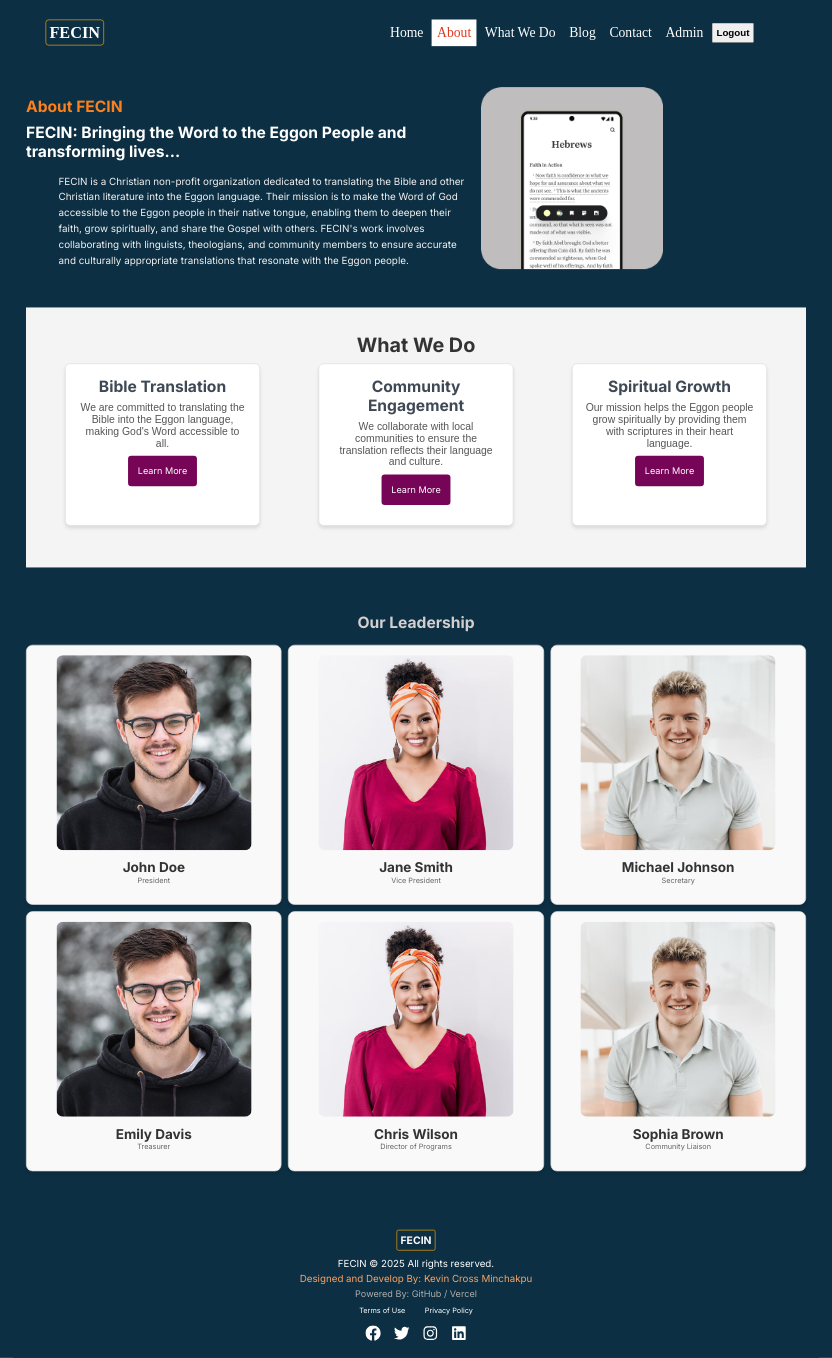
Repository: KCMinchakpu/fecin-projectgs497
Page: /about
These files come from the project's save history. The page is drawn as it stood at one moment and after the next save; the edit follows.
The browser window is 1280 px wide. The pictures show the whole page, at 65% of full size.
The project was rebuilt for these pictures with package versions that can differ from the ones it lists, and the page was loaded fresh each time. The framework's server and built-in components were replaced by stand-ins that run in the browser. Also part of the build but not shown: next.config.mjs.

Above is the page before, as saved 2025-04-02 19:16:02.

### src/app/layout.js
import {Inter} from "next/font/google";
import "./globals.css";
import Navbar from "@/components/navbar/Navbar";
import Footer from "@/components/footer/Footer";

const inter = Inter({ subsets: ["latin"]});

export const metadata = {
  title: "FECIN Bible Translation Project",
  description: "This is the official FECIN Bible Translation Project",
};

export default function RootLayout({ children }) {
  return (
    <html lang="en">
      <body className={inter.className}>
        <div className="container">
        <Navbar />
        {children}
        <Footer />
        </div>
      </body>
    </html>
  );
}

### src/app/about/page.jsx
import React from 'react';
import Image from 'next/image';
import Link from 'next/link';
import styles from './about.module.css';

const AboutPage = () => {
  return (
    <div className={styles.container}>
      {/* About Section */}
      <div className={styles.aboutSection}>
        <div className={styles.textContainer}>
          <h2 className={styles.subtitle}>About FECIN</h2>
          <h1 className={styles.title}>
            FECIN: Bringing the Word to the Eggon People and transforming lives...
          </h1>
          <p className={styles.desc}>
            FECIN is a Christian non-profit organization dedicated to translating the Bible
            and other Christian literature into the Eggon language. Their mission is to make the
            Word of God accessible to the Eggon people in their native tongue, enabling them to
            deepen their faith, grow spiritually, and share the Gospel with others. FECIN's work
            involves collaborating with linguists, theologians, and community members to ensure
            accurate and culturally appropriate translations that resonate with the Eggon people.
          </p>
        </div>
        <div className={styles.imgContainer}>
          <Image
            src="/bible-app-2.png"
            alt="About Image"
            width={480}
            height={480}
            className={styles.img}
          />
        </div>
      </div>

      {/* Features Section */}
      <div className={styles.featuresContainer}>
        <h2 className={styles.featuresTitle}>What We Do</h2>
        <div className={styles.featuresList}>
          <div className={styles.featureCard}>
            <h3 className={styles.featureTitle}>Bible Translation</h3>
            <p className={styles.featureDesc}>
              We are committed to translating the Bible into the Eggon language, making God's Word accessible to all.
            </p>
            <Link href="/bible-translation" className={styles.learnMoreButton}>Learn More</Link>
          </div>
          <div className={styles.featureCard}>
            <h3 className={styles.featureTitle}>Community Engagement</h3>
            <p className={styles.featureDesc}>
              We collaborate with local communities to ensure the translation reflects their language and culture.
            </p>
            <Link href="/community-engagement" className={styles.learnMoreButton}>Learn More</Link>
          </div>
          <div className={styles.featureCard}>
            <h3 className={styles.featureTitle}>Spiritual Growth</h3>
            <p className={styles.featureDesc}>
              Our mission helps the Eggon people grow spiritually by providing them with scriptures in their heart language.
            </p>
            <Link href="/spiritual-growth" className={styles.learnMoreButton}>Learn More</Link>

          </div>
        </div>
      </div>

      {/* Leadership Section */}
      <div className={styles.leadershipSection}>
        <h2 className={styles.leadershipTitle}>Our Leadership</h2>
        <div className={styles.leadershipGrid}>
          {/* Leader Cards */}
          {[
            { name: 'John Doe', position: 'President', image: '/team-1.jpg' },
            { name: 'Jane Smith', position: 'Vice President', image: '/team-2.jpg' },
            { name: 'Michael Johnson', position: 'Secretary', image: '/team-3.jpg' },
            { name: 'Emily Davis', position: 'Treasurer', image: '/team-1.jpg' },
            { name: 'Chris Wilson', position: 'Director of Programs', image: '/team-2.jpg' },
            { name: 'Sophia Brown', position: 'Community Liaison', image: '/team-3.jpg' },
          ].map((leader, index) => (
            <div key={index} className={styles.leaderCard}>
              <Image src={leader.image} alt={leader.name} width={150} height={150} className={styles.leaderImage} />
              <h3 className={styles.leaderName}>{leader.name}</h3>
              <p className={styles.leaderPosition}>{leader.position}</p>
            </div>
          ))}
        </div>
      </div>
    </div>
  );
};

export default AboutPage;

### src/app/globals.css
:root {
    --bg: #0c2f43;
    --text: white;
    --bgSoft: #091f2c;
    --textSoft: rgb(237, 232, 232);
    --btn: #de3c21;
    --bgWhite: white;
    --textGray: #444444;
}

/* Box sizing rules */
* {
    box-sizing: border-box;
    margin:0;
    padding: 0;
  }

/* Set core body defaults */
body {
    background-color: var(--bgWhite);
    color: var(--text);
  }

a {
    color: inherit;
    text-decoration: none;
}

.container {
  background-color: var(--bg);
  width: 100%; /* Default for small screens */
  margin: auto;
  padding-left: 20px;
  padding-right: 20px;
  min-height: 120vh;
  display: flex;
  flex-direction: column;
  justify-content: space-between;
}

### src/components/navbar/Navbar.jsx
import React from 'react';
import Link from 'next/link';
import Links from "./links/Links";
import styles from "./navbar.module.css";

const Navbar = () => {
  return (
    <div className={styles.container}>
      <Link href="/" className={styles.logo}>FECIN</Link>
      <div>
        <Links />
      </div>
    </div>
  );
};

export default Navbar;

### src/components/footer/Footer.jsx
import React from 'react';
import styles from './footer.module.css';
import { FaFacebook, FaTwitter, FaInstagram, FaLinkedin } from 'react-icons/fa';

const Footer = () => {
  return (
    <div className={styles.container}>
      <div className={styles.logo}>
        {/* You can add a logo image here if needed */}
        <h2>FECIN</h2>
      </div>
      <div>
        <p className={styles.text}>FECIN © 2025 All rights reserved.</p>
        <p className={styles.author}>
          <a href="https://www.linkedin.com/in/kevin-cross-minchakpu-7897379a" target="_blank">Designed and Develop By: Kevin Cross Minchakpu</a>
          </p>
        <p className={styles.company}>
          <a href="https://octatesystems.github.io/OSNigeria/">Powered By: GitHub / Vercel</a>
          </p>
      </div>
      <div className={styles.links}>
        <a href="/terms" className={styles.link}>Terms of Use</a>
        <a href="/privacy" className={styles.link}>Privacy Policy</a>
      </div>
      <div className={styles.socialIcons}>
        <a href="https://facebook.com" target="_blank" rel="noopener noreferrer" className={styles.icon}>
          <FaFacebook />
        </a>
        <a href="https://twitter.com" target="_blank" rel="noopener noreferrer" className={styles.icon}>
          <FaTwitter />
        </a>
        <a href="https://instagram.com" target="_blank" rel="noopener noreferrer" className={styles.icon}>
          <FaInstagram />
        </a>
        <a href="https://linkedin.com" target="_blank" rel="noopener noreferrer" className={styles.icon}>
          <FaLinkedin />
        </a>
      </div>
    </div>
  );
};

export default Footer;

### src/app/about/about.module.css
/* Main Container */
.container {
    display: flex;
    flex-direction: column;
    align-items: center;
    gap: 20px;
    padding: 20px;
  }

  /* About Section */
  .aboutSection {
    display: flex;
    flex-direction: row;
    justify-content: space-between;
    align-items: center;
    gap: 20px;
    width: 100%;
    margin-bottom: 20px;
  }

  /* Text Section */
  .textContainer {
    flex: 1;
    text-align: left;
    margin-top: 30px;
  }

  /* Text Styles */
  .subtitle {
    font-size: 1.5rem;
    color: #fc801b;
    margin-bottom: 10px;
  }

  .title {
    font-size: 1.5rem;
    font-weight: bold;
    margin-bottom: 20px;
  }

  .desc {
    font-size: .95rem;
    color: #f4f2f2;
    line-height: 1.6;
    margin-bottom: 20px;
    margin-left: 50px;
  }

  /* Image Section */
  .imgContainer {
    flex: 1;
    position: relative;
    max-width: 500px;
    height: auto;
  }

  .img {
    object-fit: contain;
    width: 280px;
    height: 280px;
    color: #555;
  }

  /* Features Section */
.featuresContainer {
    width: 100%;
    height: 400px; /* Adjust height as needed */
    padding: 40px 20px;
    background-color: #f4f4f4;
    text-align: center;
  }

  .featuresTitle {
    font-size: 1.9rem;
    font-weight: bold;
    color: #333;
    margin-bottom: 10px;
  }

  .featuresList {
    display: grid;
    grid-template-columns: repeat(3, 1fr);
    gap: 10px;
    justify-items: center;
  }

  .featureCard {
    background-color: white;
    border: 1px solid #ddd;
    border-radius: 8px;
    padding: 20px;
    width: 100%;
    height: 250px; /* Adjust height as needed */
    max-width: 300px;
    text-align: center;
    box-shadow: 0 4px 6px rgba(0, 0, 0, 0.1);
  }

  .featureTitle {
    font-size: 1.5rem;
    font-weight: bold;
    color: #3f4955;
    margin-bottom: 10px;
  }

  .featureDesc {
    font-size: 1rem;
    color: #555;
    font-family: Arial, Helvetica, sans-serif;
  }

  .learnMoreButton {
    display: inline-block;
    margin-top: 10px;
    padding: 15px;
    background-color: #760558;
    color: #fff;
    border: none;
    border-radius: 5px;
    text-align: center;
    text-decoration: none;
    font-size: 14px;
    cursor: pointer;
    transition: background-color 0.3s ease;
  }

  .learnMoreButton:hover {
    background-color: #53769b;
  }

  /* Leadership Section */
.leadershipSection {
  width: 100%;
  margin-top: 20px;
  text-align: center;
  margin-top: 50px;
  margin-bottom: 50px;
}

.leadershipTitle {
  font-size: 1.5rem;
  margin-bottom: 20px;
  color: #d3cfcf;
}

.leadershipGrid {
  display: grid;
  grid-template-columns: repeat(3, 1fr);
  gap: 10px;
  justify-items: center;
  align-items: center;
}

.leaderCard {
  width: 100%;
  height: 400px; /* Adjust height as needed */
  background-color: #f9f9f9;
  border: 1px solid #ddd;
  border-radius: 10px;
  padding: 15px;
  text-align: center;
  box-shadow: 0 4px 6px rgba(0, 0, 0, 0.1);
  transition: transform 0.3s, box-shadow 0.3s;
}

.leaderCard:hover {
  transform: translateY(-5px);
  box-shadow: 0 8px 12px rgba(0, 0, 0, 0.15);
}

.leaderImage {
  border-radius: 10px;
  margin-bottom: 10px;
  width: 300px; /* Adjust size as needed */
  height: 300px; /* Adjust size as needed */
}

.leaderName {
  font-size: 1.3rem;
  font-weight: bold;
  color: #333;
}

.leaderPosition {
  font-size: .7rem;
  color: #666;
}

@media (min-width: 480px) {
  .Container {
    flex-direction: column;
  }
}

### src/components/navbar/links/Links.jsx
"use client"

import React from "react";
import {useState} from  "react";
import Image from 'next/image';
import NavLink from "../navLink/NavLink";
import styles from "./links.module.css";


const links = [
  { title: "Home", path: "/" },
  { title: "About", path: "/about" },
  { title: "What We Do", path: "/whatwedo" },
  { title: "Blog", path: "/blog" },
  { title: "Contact", path: "/contact" },
];

const Links = () => {
  const [open,setOpen] = useState(false)

  //Temporary
  const session = true
  const isAdmin = true

  return (
    <div className={styles.container}>
    <div className={styles.links}>
      {links.map((link) => (
        <NavLink item={link} key={link.title} />
      ))}
      {session ? (
          <>
          {isAdmin && <NavLink item={{title: "Admin", path: "/admin"}} />}
         <button className={styles.logout}>Logout</button>
         </>
        ) : (
          <NavLink item={{title: "Login", path: "/login"}} />
        )
      }
      </div>
      <Image
      className={styles.menuButton}
      src="/menu.png"
      alt="Hamburger menu"
      width={30}
      height={30} onClick={() => setOpen((prev) => !prev)}
      />

      {open && ( <div className={styles.mobileLinks}>
          {links.map((link) => (
        <NavLink item={link} key={link.title} />
      ))}
    </div>
)}
</div>
  );
};

export default Links;

### src/components/navbar/navbar.module.css
.container {
    height: 100px;
    display: flex;
    align-items: center;
    justify-content: space-between;
}

.logo {
    font-size: 25px;
    font-weight: bold;
    font-family: "Play", serif;
    font-weight: 700;
    font-style: normal;
    border: 1.5px solid orange;
    padding: 5px;
    border-radius: 5px;
    margin-left: 50px;
}

### src/components/footer/footer.module.css
/* Footer Container */
.container {
    background-color: var(--bg);
    color: white;
    display: flex;
    flex-direction: column;
    align-items: center;
    justify-content: space-between;
    padding: 20px;
    text-align: center;
  }

  .logo h2 {
    font-size: 1rem;
    margin-bottom: 10px;
    border: 1px solid orange;
    padding: 5px;
    border-radius: 3px;
  }

  .text {
    margin-bottom: 5px;
    font-size: 15px;

  }
  .author {
    margin-bottom: 5px;
    font-size: 15px;
    color: rgb(250, 162, 99);
  }

  .company {
    margin-bottom: 5px;
    font-size: 14px;
    color: rgb(174, 172, 170);
  }

  .author:hover {
    text-decoration: underline;
  }

  .company:hover {
    text-decoration: underline;
  }

  .links {
    margin-bottom: 15px;
  }

  .link {
    color: white;
    margin: 0 15px;
    text-decoration: none;
    font-size: 0.7rem;
  }

  .link:hover {
    text-decoration: underline;
  }

  .socialIcons {
    display: flex;
    justify-content: center;
    gap: 20px;
  }

  .icon {
    font-size: 1.5rem;
    color: white;
    transition: color 0.3s ease;
  }

  .icon:hover {
    color: #0070f3;
  }


  @media (min-width: 768px) {
    .container {
      flex-direction: column;
      align-items: center;
      justify-content: space-around;
    }
  }

### src/components/navbar/navLink/navLink.jsx
"use client";

import React from "react";
import Link from "next/link";
import { usePathname } from "next/navigation";
import styles from "./navLink.module.css";

const NavLink = ({ item }) => {
  const pathName = usePathname();
  return (
    <Link
      href={item.path}
      className={`${styles.container} ${
        pathName === item.path ? styles.active : ""
      }`}
    >
      {item.title}
    </Link>
  );
};

export default NavLink;

### src/components/navbar/links/links.module.css
.links {
    display: flex;
    align-items: center;
    gap: 5px;
    font-family: "Play", serif;
    font-style: normal;
    margin-right: 100px;
    font-size: 21px;
}

.logout {
    padding: 5px;
    cursor: pointer;
    font-weight: bold;
    font-size: 15px;
}

.menuButton,
.mobileLinks {
   display: none;
  }

  @media (max-width: 480px){
    .links {
        display: none;
    }

    .menuButton {
        display: block;
        cursor: pointer;
      }

    .mobileLinks {
        position: absolute;
        top: 100px;
        right: 0;
        width: 50%;
        height: calc(100vh-100px);
        /*background-color: var(--bg);*/
       background-color: brown;
        display: flex;
        flex-direction: column;
        align-items: center;
        justify-content: center;
        gap: 10px;
      }
  }

### src/components/navbar/navLink/navLink.module.css
.container {
    padding: 8px;
    text-align: center;


}

.active {
    background-color: var(--text);
    color: var(--btn);
}

After the next save:
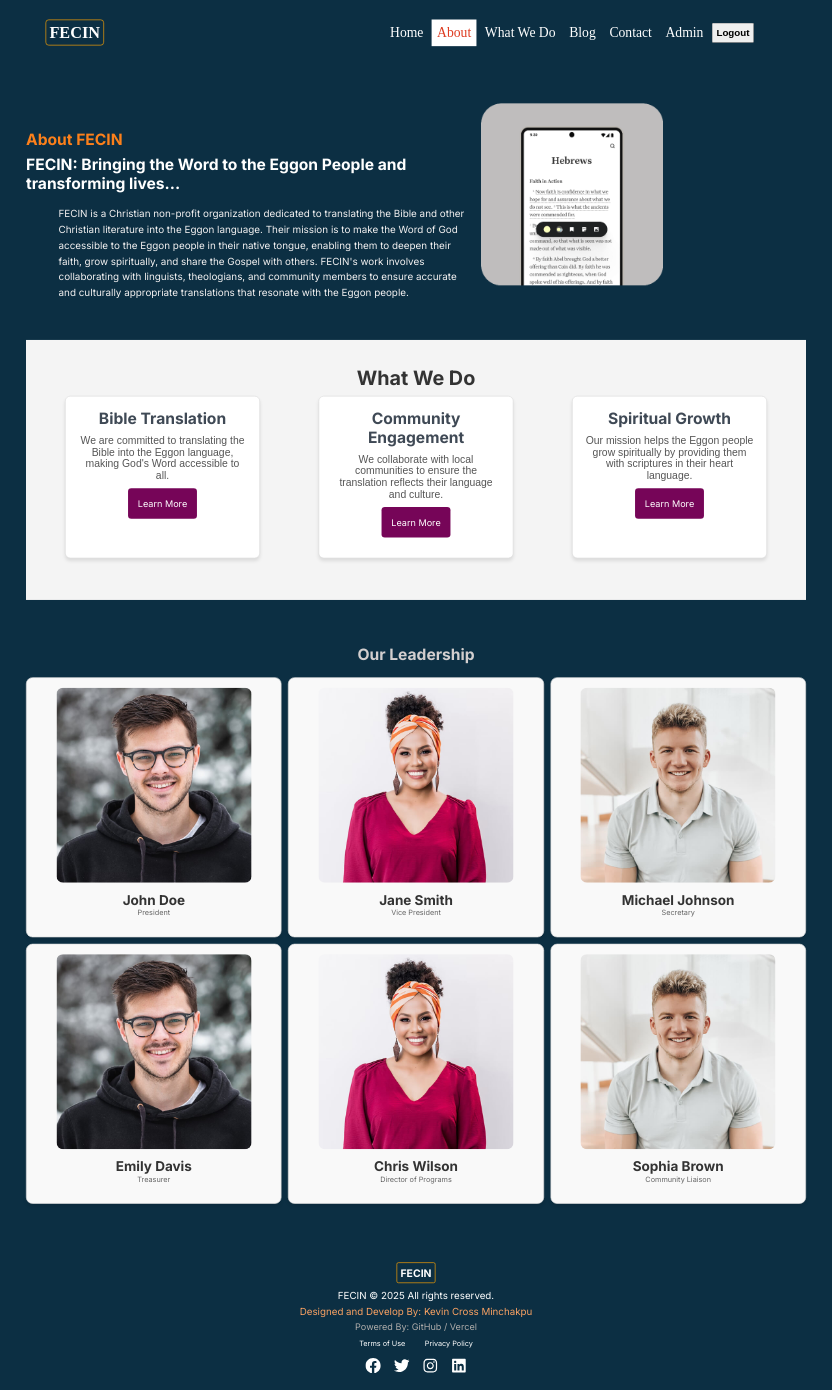
Saved 17 s later.
--- a/src/app/about/about.module.css
+++ b/src/app/about/about.module.css
@@ -22,7 +22,7 @@
   .textContainer {
     flex: 1;
     text-align: left;
-    margin-top: 30px;
+    margin-top: 80px;
   }
 
   /* Text Styles */
